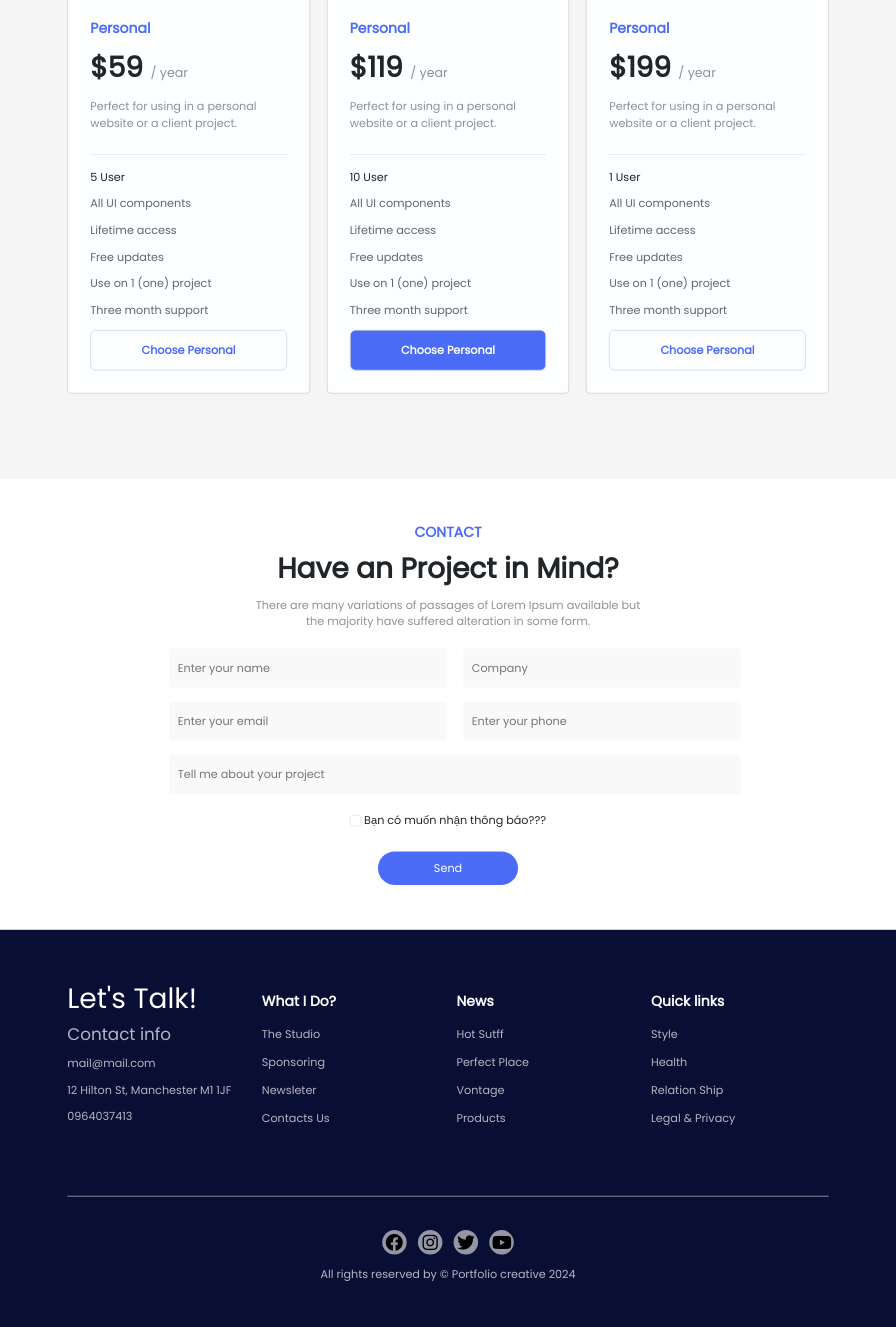
Repository: Vanthuy2002/My-Portfolio
Page: index.html
The author's editor kept a copy of each file at every save. The page is drawn from the files as they stood at one save, then again after the next save.
The browser window is 1280 px wide. The pictures show the part of the page from y = 3756 to 5676 px (the page is 5652 px tall before and 5676 px after), at 70% of full size.

Above is the page before, as saved 2023-01-17 16:15:05.

After the next save:
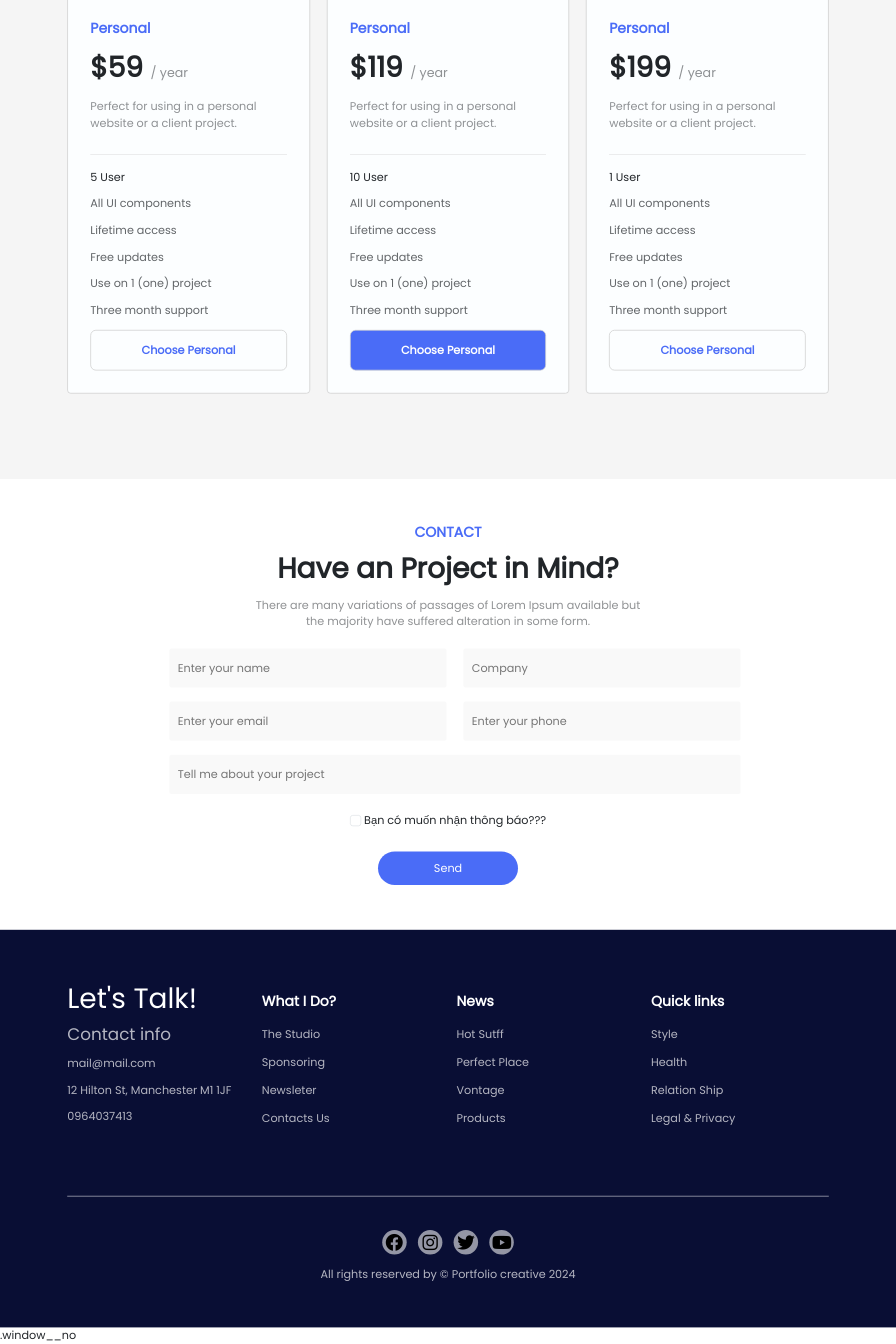
Saved 5 s later.
--- a/index.html
+++ b/index.html
@@ -543,7 +543,7 @@
         </div>
 
         <!-- cửa số thông báo -->
-
+        .window__no
 
     </div>
 
